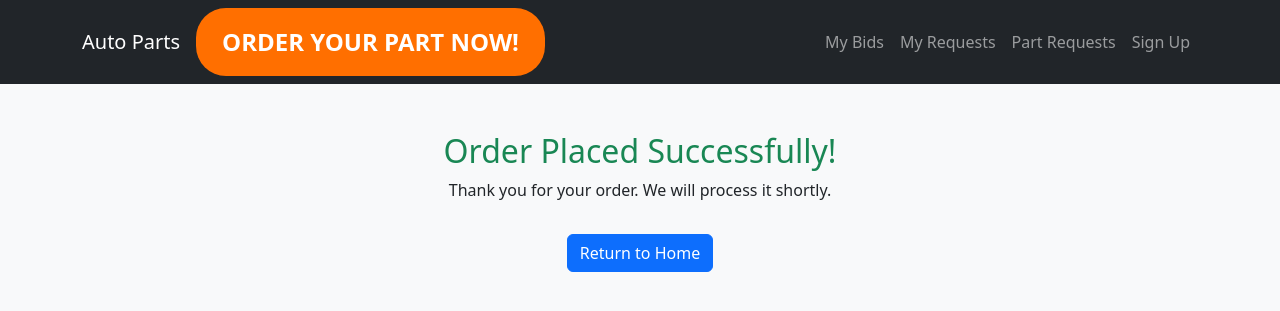
Repository: Jijiluzana225/onlineparts
Page: http://localhost/order-success/
The author's editor kept a copy of each file at every save. The page is drawn from the files as they stood at one save, then again after the next save.
The browser window is 1280 px wide. The pictures show the whole page.
The page is served by the project's application, run on Django 5.2 (manage.py). Other server files are loaded and not shown.

Above is the page before, as saved 2025-03-13 09:40:00.

### orders/templates/orders/order_success.html
{% extends 'orders/landing.html' %}

{% block content %}
<div class="container text-center mt-5">
    <h2 class="text-success">Order Placed Successfully!</h2>
    <p>Thank you for your order. We will process it shortly.</p>
    <button type="button" class="btn btn-primary mt-3" onclick="location.href='{% url 'home' %}'">
        Return to Home
    </button>
</div>
{% endblock %}

### orders/templates/orders/landing.html
<!DOCTYPE html>
<html lang="en">
<head>
    <meta charset="UTF-8">
    <meta name="viewport" content="width=device-width, initial-scale=1">
    <title>{% block title %}Landing Page{% endblock %}</title>
    <link href="https://cdn.jsdelivr.net/npm/bootstrap@5.3.0/dist/css/bootstrap.min.css" rel="stylesheet">
    <style>
        body {
            background-color: #f8f9fa;
        }
        .hero {
            height: 80vh;
            display: flex;
            align-items: center;
            justify-content: center;
            text-align: center;
            background: url('https://source.unsplash.com/1600x900/?car,parts') no-repeat center center/cover;
            color: white;
            position: relative;
        }
        .hero-overlay {
            background: black;
            padding: 50px;
            border-radius: 10px;
        }
        .btn-custom {
            background-color: #ff6f00;
            color: white;
            border-radius: 30px;
            padding: 15px 25px;
            font-size: 1.5rem;
            font-weight: bold;
            text-transform: uppercase;
            transition: background 0.3s ease;
        }
        .btn-custom:hover {
            background-color: #e65c00;
        }
    </style>
    {% block extra_css %}{% endblock %}
</head>
<body>

<!-- Navbar -->
<nav class="navbar navbar-expand-lg navbar-dark bg-dark">
    <div class="container">
        <a class="navbar-brand" href="{% url 'home' %}">Auto Parts</a>
        <a href="{% url 'order_part' %}" class="btn btn-custom">Order Your Part Now!</a>

        <button class="navbar-toggler" type="button" data-bs-toggle="collapse" data-bs-target="#navbarNav">
            <span class="navbar-toggler-icon"></span>
        </button>
        <div class="collapse navbar-collapse" id="navbarNav">
            <ul class="navbar-nav ms-auto">
                <li class="nav-item"><a class="nav-link" href="{% url 'store_bids' %}">My Bids</a></li>
                <li class="nav-item"><a class="nav-link" href="{% url 'my_part_requests' %}">My Requests</a></li>
                <li class="nav-item"><a class="nav-link" href="{% url 'part_request_list' %}">Part Requests</a></li>

                {% if user.is_authenticated %}
                    <li class="nav-item dropdown">
                        <a class="nav-link dropdown-toggle" href="#" id="userDropdown" role="button" data-bs-toggle="dropdown">
                            {{ user.username }}
                        </a>
                        <ul class="dropdown-menu">
                            <li><a class="dropdown-item" href="{% url 'profile_update' %}">Profile</a></li>
                            <li>
                                <form method="post" action="{% url 'logout' %}">
                                    {% csrf_token %}
                                    <button type="submit" class="dropdown-item">Logout</button>
                                </form>
                            </li>
                        </ul>
                    </li>
                {% else %}
                    <li class="nav-item"><a class="nav-link btn btn-secondary" href="{% url 'register' %}">Sign Up</a></li>
                {% endif %}
            </ul>
        </div>
    </div>
</nav>

<!-- Hero Section -->
{% comment %} <div class="hero">
    <div class="hero-overlay">
        <h1 class="mb-4">Request Your Auto Parts Here!</h1>
        <a href="{% url 'order_part' %}" class="btn btn-custom">Order Your Part Now!</a>
    </div>
</div> {% endcomment %}

<!-- Main Content -->
<main class="container mt-4">
    {% block content %}
    {% endblock %}
</main>

<!-- Bootstrap JS -->
<script src="https://cdn.jsdelivr.net/npm/bootstrap@5.3.0/dist/js/bootstrap.bundle.min.js"></script>
{% block extra_js %}{% endblock %}
</body>
</html>

### orders/views.py
from django.shortcuts import render, redirect
from .forms import CustomerRegistrationForm
from django.shortcuts import render, redirect
from django.contrib.auth import login, authenticate
from django.contrib.auth.forms import UserCreationForm


def register_view(request):
    if request.method == 'POST':
        form = CustomerRegistrationForm(request.POST)
        if form.is_valid():
            form.save()
            return redirect('login')
    else:
        form = CustomerRegistrationForm()
    return render(request, 'orders/register.html', {'form': form})



def landing_page(request):
    return render(request, 'orders/landing.html')



from django.shortcuts import render, redirect
from django.contrib.auth.decorators import login_required
from .forms import CustomerUpdateForm

@login_required
def profile_update_view(request):
    user = request.user
    if request.method == "POST":
        form = CustomerUpdateForm(request.POST, instance=user)
        if form.is_valid():
            form.save()
            return redirect("home")  # Stay on profile page after saving
    else:
        form = CustomerUpdateForm(instance=user)

    return render(request, "orders/profile_update.html", {"form": form})



from django.shortcuts import render, redirect
from django.contrib.auth.decorators import login_required
from .forms import PartRequestForm

@login_required
def order_part_view(request):
    if request.method == "POST":
        form = PartRequestForm(request.POST, request.FILES)
        if form.is_valid():
            part_request = form.save(commit=False)
            part_request.user = request.user
            part_request.save()
            return redirect("order_success")  # Redirect to a success page
    else:
        form = PartRequestForm()

    return render(request, "orders/order_part.html", {"form": form})


def order_success(request):
    return render(request, "orders/order_success.html")

from django.shortcuts import render
from .models import PartRequest

def part_request_list(request):
    part_requests = PartRequest.objects.all().order_by('-created_at')  # Order by latest date
    return render(request, 'orders/part_request_list.html', {'part_requests': part_requests})

from django.shortcuts import render, get_object_or_404
from .models import PartRequest

def part_request_detail(request, pk):
    part_request = get_object_or_404(PartRequest, pk=pk)
    return render(request, 'orders/part_request_detail.html', {'part_request': part_request})


from django.shortcuts import render, get_object_or_404, redirect
from django.contrib.auth.decorators import login_required
from .models import PartRequest, Bid
from .forms import BidForm

@login_required
def place_bid(request, part_request_id):
    part_request = get_object_or_404(PartRequest, id=part_request_id)

    if request.method == "POST":
        form = BidForm(request.POST, request.FILES)
        if form.is_valid():
            bid = form.save(commit=False)
            bid.part_request = part_request
            bid.store = request.user  # Only logged-in stores can bid
            bid.save()
            return render(request, 'orders/landing.html', {'part_request': part_request})

    else:
        form = BidForm()

    return render(request, "orders/place_bid.html", {"form": form, "part_request": part_request})

from django.shortcuts import render
from django.contrib.auth.decorators import login_required
from django.utils.decorators import method_decorator
from django.views.generic import ListView
from .models import PartRequest

@method_decorator(login_required, name="dispatch")
class MyPartRequestsView(ListView):

    model = PartRequest
    template_name = "orders/my_part_requests.html"
    context_object_name = "part_requests"

    def get_queryset(self):
        return PartRequest.objects.filter(user=self.request.user).prefetch_related("bids").order_by("-created_at")



from django.shortcuts import render, get_object_or_404
from django.views.generic import DetailView
from .models import Bid

class BidDetailView(DetailView):
    model = Bid
    template_name = "orders/bid_detail.html"
    context_object_name = "bid"


from django.contrib import messages
from django.http import HttpResponseRedirect
from django.urls import reverse
from django.views import View
from django.shortcuts import get_object_or_404
from .models import Bid, PartRequest

class AcceptBidView(View):
    def post(self, request, pk):
        bid = get_object_or_404(Bid, pk=pk)
        part_request = bid.part_request

        # Close the PartRequest
        part_request.status = "Closed"
        part_request.save()

        # Set selected bid to "Accepted"
        bid.status = "Accepted"
        bid.save()

        # Reject all other bids for this part request
        Bid.objects.filter(part_request=part_request).exclude(pk=pk).update(status="Rejected")

        messages.success(request, "Bid accepted successfully! The part request is now closed.")
        return HttpResponseRedirect(reverse("my_part_requests"))



from django.shortcuts import render
from django.contrib.auth.decorators import login_required
from .models import Bid

@login_required
def store_bids(request):
    bids = Bid.objects.filter(store=request.user).order_by("-created_at")
    return render(request, "orders/store_bids.html", {"bids": bids})


from django.shortcuts import render, get_object_or_404, redirect
from django.urls import reverse_lazy
from django.views.generic import UpdateView, DeleteView, DetailView
from django.contrib import messages
from .models import Bid
from .forms import BidForm

class BidDetailViewView(DetailView):
    model = Bid
    template_name = "orders/bid_detail_view.html"
    context_object_name = "bid"

class BidUpdateView(UpdateView):
    model = Bid
    form_class = BidForm
    template_name = "orders/bid_form.html"

    def form_valid(self, form):
        messages.success(self.request, "Bid updated successfully!")
        return super().form_valid(form)

    def get_success_url(self):
        return reverse_lazy("bid_detail", kwargs={"pk": self.object.pk})

class BidDeleteView(DeleteView):
    model = Bid
    template_name = "orders/bid_confirm_delete.html"
    success_url = reverse_lazy("store_bids")

    def delete(self, request, *args, **kwargs):
        messages.success(request, "Bid deleted successfully!")
        return super().delete(request, *args, **kwargs)

### Onlinespareparts/urls.py
from django.contrib import admin
from django.urls import path, include
from django.conf import settings
from django.conf.urls.static import static

urlpatterns = [
    path('admin/', admin.site.urls),
    path('', include('orders.urls')),
]

urlpatterns += static(settings.MEDIA_URL, document_root=settings.MEDIA_ROOT)

### orders/urls.py
from django.urls import path
from .views import *
from django.contrib.auth import views as auth_views


urlpatterns = [
    path('register/', register_view, name='register'),
    path('login/', auth_views.LoginView.as_view(template_name='orders/login.html'), name='login'),
    path('logout/', auth_views.LogoutView.as_view(next_page='login'), name='logout'),
    path('', landing_page, name='home'),  # This makes the landing page accessible at "/"
    path('profile/update/', profile_update_view, name='profile_update'),
    path("order/", order_part_view, name="order_part"),
    path("order-success/", order_success, name="order_success"),
    path('part-requests/', part_request_list, name='part_request_list'),
    path('part-requests/<int:pk>/', part_request_detail, name='part_request_detail'),
    path("bid/<int:part_request_id>/", place_bid, name="place_bid"),
    path("my-part-requests/", MyPartRequestsView.as_view(), name="my_part_requests"),
    path("bid_details/<int:pk>/", BidDetailView.as_view(), name="bid_detail"),
    path("accept-bid/<int:pk>/", AcceptBidView.as_view(), name="accept_bid"),
    path("store/bids/", store_bids, name="store_bids"),

    path("bidview/<int:pk>/", BidDetailViewView.as_view(), name="bid_detail_view"),
    path("bidview/<int:pk>/update/", BidUpdateView.as_view(), name="bid_update"),
    path("bidview/<int:pk>/delete/", BidDeleteView.as_view(), name="bid_delete"),


]

After the next save:
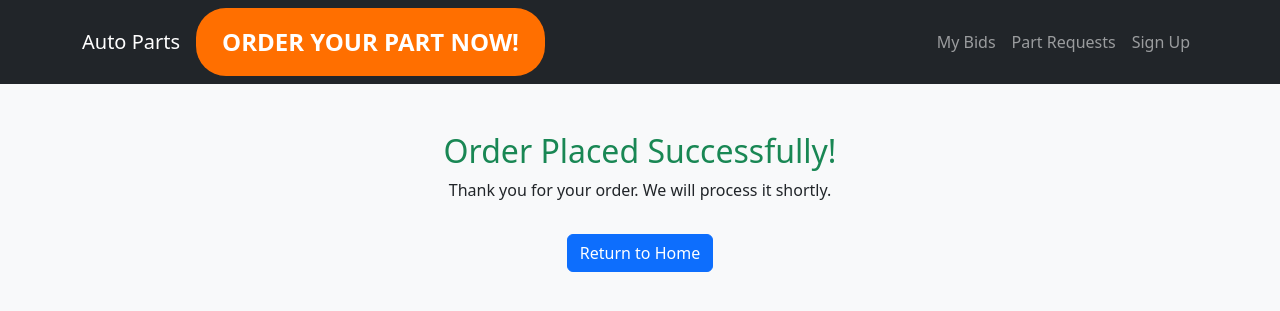
Saved 8 min 0 s later.
--- a/orders/templates/orders/landing.html
+++ b/orders/templates/orders/landing.html
@@ -54,7 +54,9 @@
         <div class="collapse navbar-collapse" id="navbarNav">
             <ul class="navbar-nav ms-auto">
                 <li class="nav-item"><a class="nav-link" href="{% url 'store_bids' %}">My Bids</a></li>
+                {% if user.is_authenticated and user.groups.all.0.name != "Store" %}
                 <li class="nav-item"><a class="nav-link" href="{% url 'my_part_requests' %}">My Requests</a></li>
+                {% endif %}
                 <li class="nav-item"><a class="nav-link" href="{% url 'part_request_list' %}">Part Requests</a></li>
 
                 {% if user.is_authenticated %}
